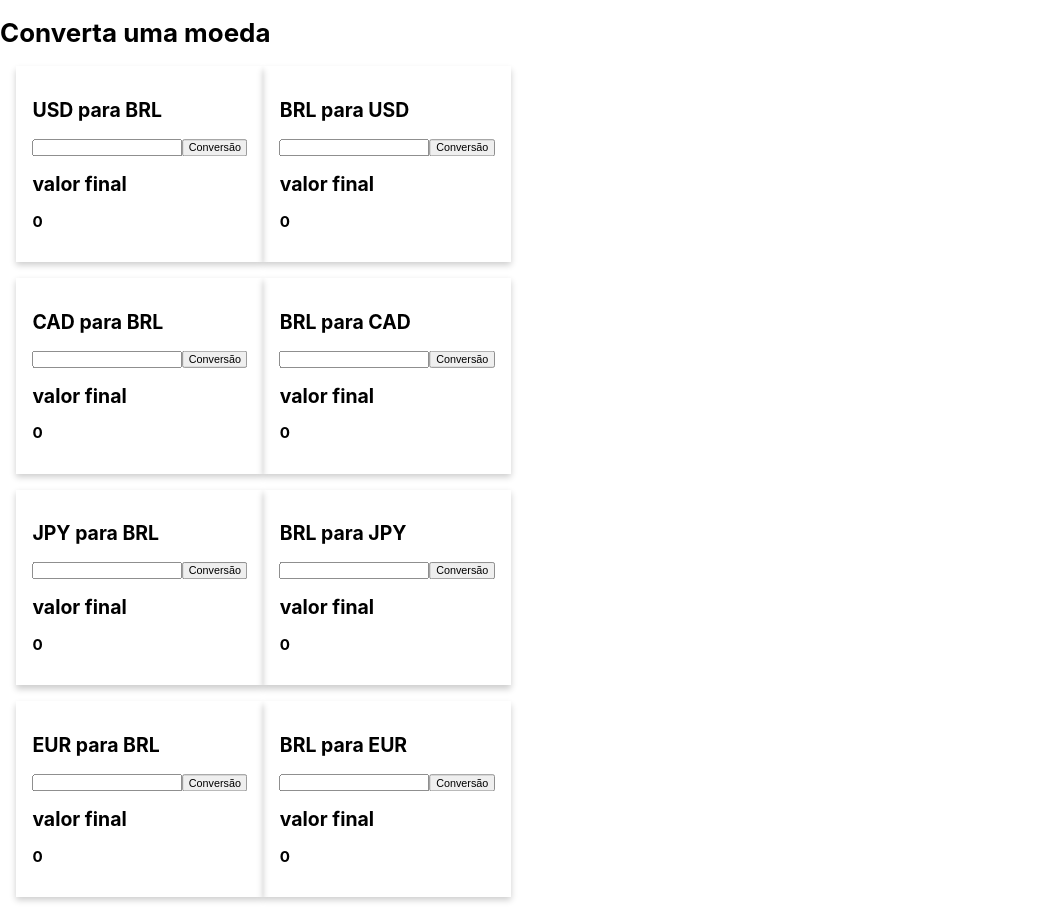
Repository: DeanLemosXD/Currency-converter
Page: /
An editor plug-in stored every save of this project. The page is shown before and after the next save, followed by the edit.
The browser window is 1280 px wide. The pictures show the whole page, at 81% of full size.
The project was rebuilt for these pictures with package versions that can differ from the ones it lists, and the page was loaded fresh each time.

Above is the page before, as saved 2021-10-19 18:17:52.

After the next save:
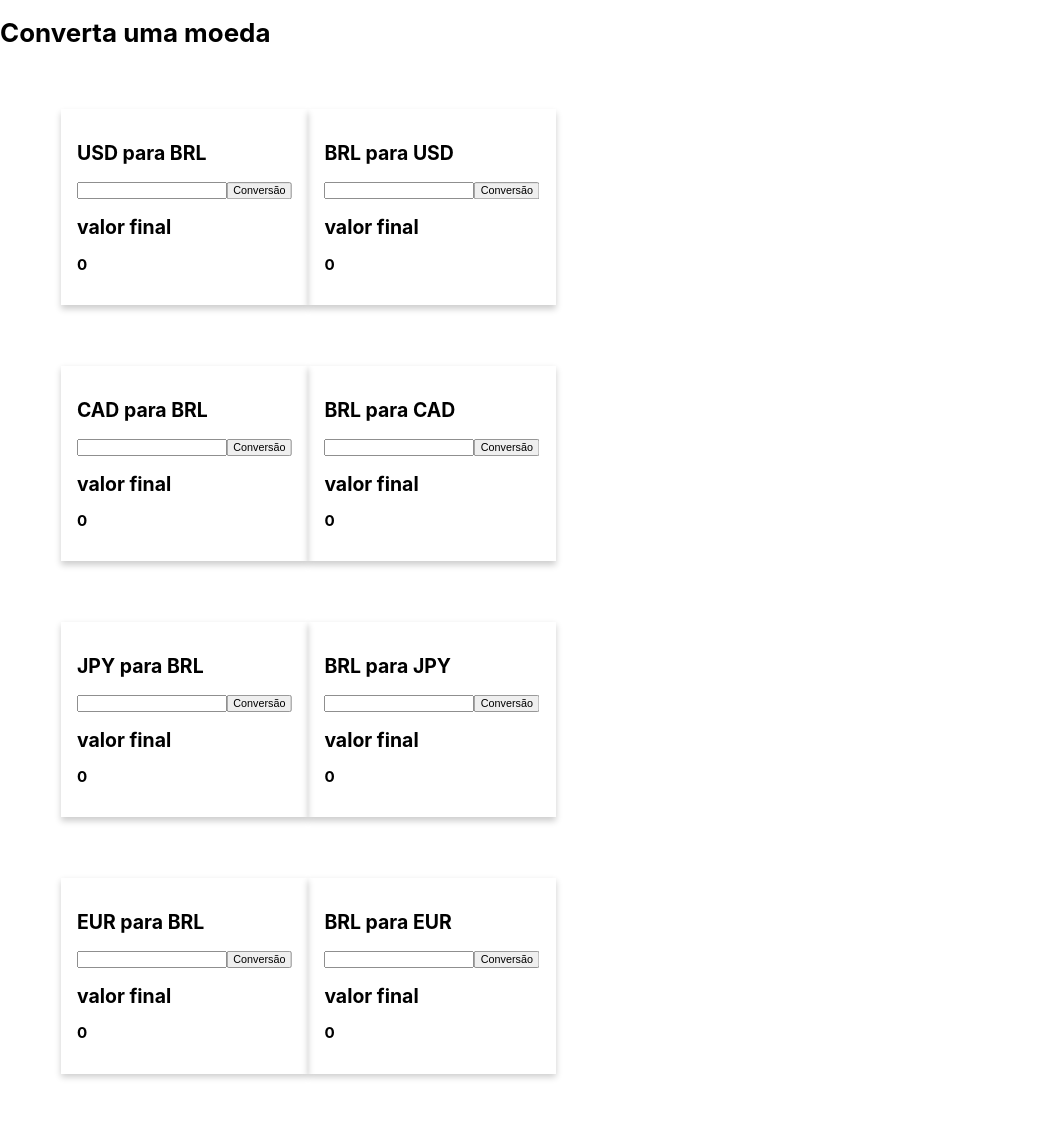
Saved 5 s later.
--- a/src/App.css
+++ b/src/App.css
@@ -1,5 +1,5 @@
 .linha{
     display:flex;
-    margin: 20px;
+    margin:  75px;
 
 }
